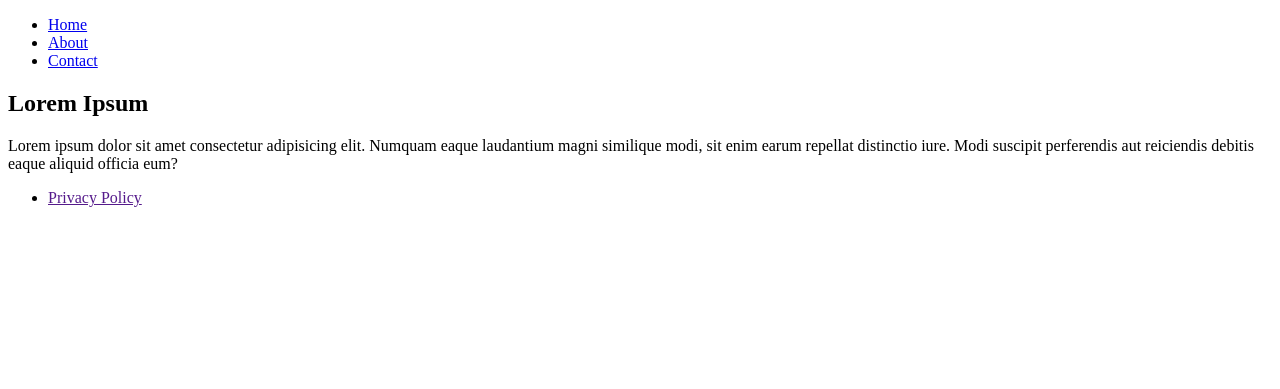
Repository: fisikusari/test-repo
Page: index.html
The author's editor kept a copy of each file at every save. The page is drawn from the files as they stood at one save, then again after the next save.
The browser window is 1280 px wide. The pictures show the whole page.

Above is the page before, as saved 2021-11-11 17:59:07.

### index.html
<!DOCTYPE html>

<html lang="en">

<head>
  <meta charset="UTF-8">
  <meta http-equiv="X-UA-Compatible" content="IE=edge">
  <meta name="viewport" content="width=device-width, initial-scale=1.0">
  <title>Fisnik</title>
</head>
<nav>
  <ul>
    <li><a href="#">Home</a></li>
    <li><a href="about.html">About</a></li>
    <li><a href="contact.html">Contact</a></li>
  </ul>
</nav>

<body>

  <section>
    <h1>Lorem Ipsum</h1>
    <p>Lorem ipsum dolor sit amet consectetur adipisicing elit. Numquam eaque laudantium magni similique modi, sit enim earum repellat distinctio iure. Modi suscipit perferendis
      aut reiciendis debitis eaque aliquid officia eum?</p>
  </section>

  <footer>
    <nav>
      <ul>
        <li><a href="">Privacy Policy</a></li>
      </ul>
    </nav>
  </footer>
</body>

</html>

After the next save:
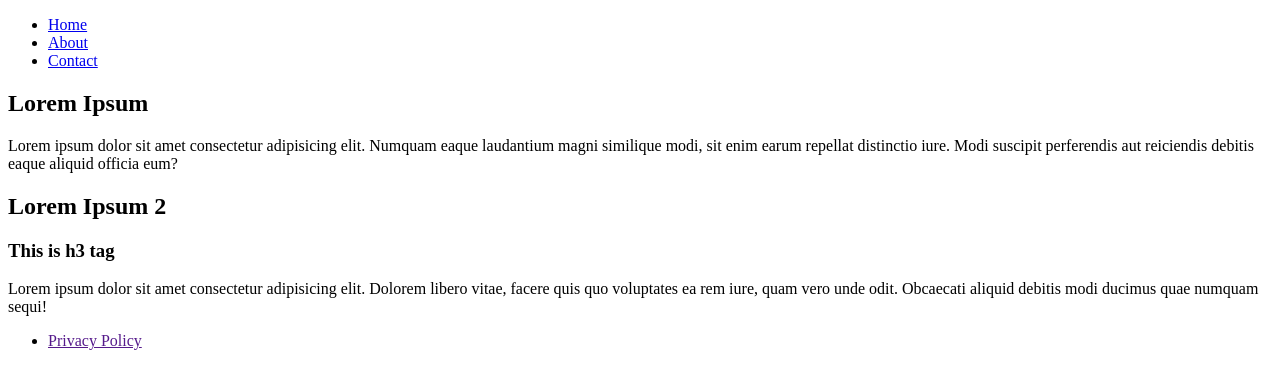
Saved 34 s later.
--- a/index.html
+++ b/index.html
@@ -23,7 +23,12 @@
     <p>Lorem ipsum dolor sit amet consectetur adipisicing elit. Numquam eaque laudantium magni similique modi, sit enim earum repellat distinctio iure. Modi suscipit perferendis
       aut reiciendis debitis eaque aliquid officia eum?</p>
   </section>
-
+  <section>
+    <h1>Lorem Ipsum 2</h1>
+    <h3>This is h3 tag</h3>
+    <p>Lorem ipsum dolor sit amet consectetur adipisicing elit. Dolorem libero vitae, facere quis quo voluptates ea rem iure, quam vero unde odit. Obcaecati aliquid debitis modi
+      ducimus quae numquam sequi!</p>
+  </section>
   <footer>
     <nav>
       <ul>
